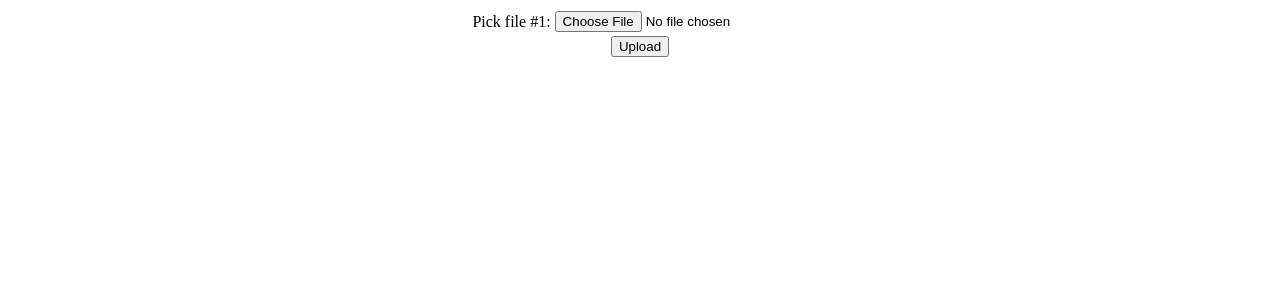
Repository: 123poornima/UpdatedSecondProject
Page: frontendPro/WebContent/_user/uploadPicture.html
These files come from the project's save history. The page is drawn as it stood at one moment and after the next save; the edit follows.
The browser window is 1280 px wide. The pictures show the whole page.

Above is the page before, as saved 2017-01-16 13:23:07.

After the next save:
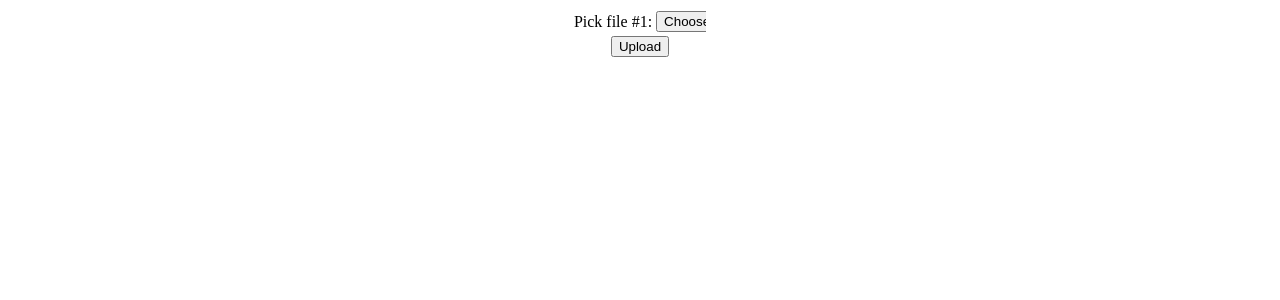
Saved 38 s later.
--- a/frontendPro/WebContent/_user/uploadPicture.html
+++ b/frontendPro/WebContent/_user/uploadPicture.html
@@ -10,7 +10,7 @@
             <table border="0">
                 <tr>
                     <td>Pick file #1:</td>
-                    <td><input type="file" name="fileUpload" /></td>
+                    <td><input type="file" name="fileUpload" size="50" style="width:50px"/></td>
                 </tr>
 
                 <tr>
